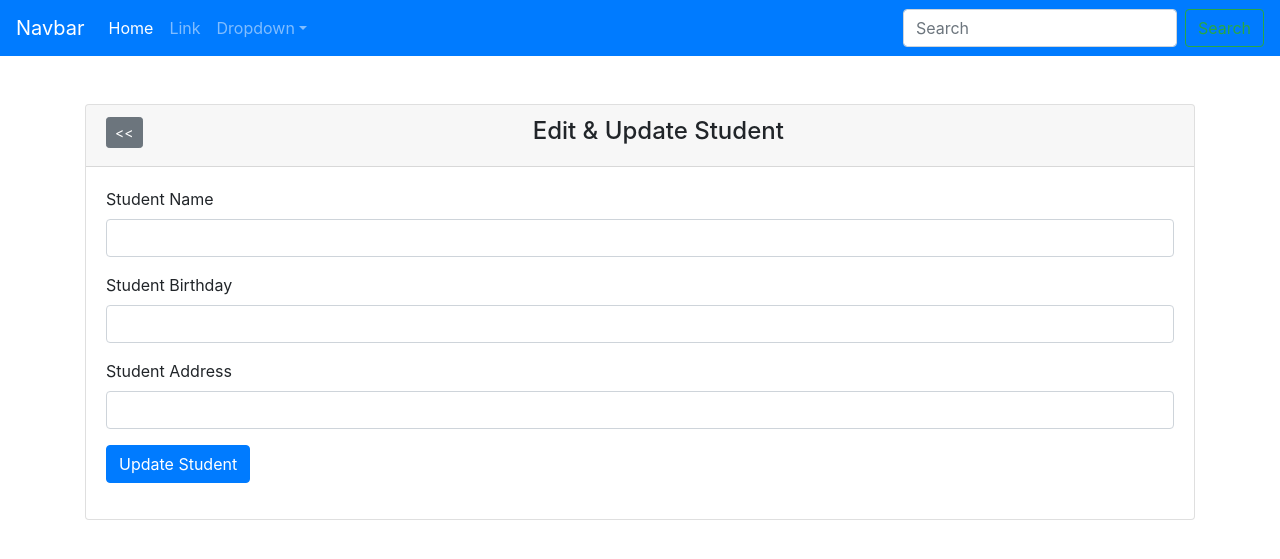
Repository: HungRau/TLU3675-php-laravel
Page: resources/views/student_edit.blade.php
An editor plug-in stored every save of this project. The page is shown before and after the next save, followed by the edit.
The browser window is 1280 px wide. The pictures show the whole page.
The page is served by the project's Laravel application, run on PHP 8.4 with Laravel 9. Other server files are loaded and not shown. The template is opened directly, without the code that normally fills it, so the values that code supplies are empty.

Above is the page before, as saved 2022-10-15 18:55:05.

### routes/web.php
<?php

use Illuminate\Support\Facades\Route;
use App\Http\Controllers\StudentController; //add

/*
|--------------------------------------------------------------------------
| Web Routes
|--------------------------------------------------------------------------
|
| Here is where you can register web routes for your application. These
| routes are loaded by the RouteServiceProvider within a group which
| contains the "web" middleware group. Now create something great!
|
*/

Route::get('/', function () {
    return view('welcome');
});
Route::get('/student-manage', [StudentController::class, 'get_all_student']);

Route::get('student-edit/{id}', [StudentController::class, 'edit']);

Route::put('student-update/{id}', [StudentController::class, 'update']);

### resources/views/student_edit.blade.php
<!doctype html>
<html lang="en">
  <head>
    <title>Title</title>
    <!-- Required meta tags -->
    <meta charset="utf-8">
    <meta name="viewport" content="width=device-width, initial-scale=1, shrink-to-fit=no">

    <!-- Bootstrap CSS -->
    <link rel="stylesheet" href="https://stackpath.bootstrapcdn.com/bootstrap/4.3.1/css/bootstrap.min.css" integrity="sha384-ggOyR0iXCbMQv3Xipma34MD+dH/1fQ784/j6cY/iJTQUOhcWr7x9JvoRxT2MZw1T" crossorigin="anonymous">
  </head>
  <body>
    <nav class="navbar navbar-expand-sm navbar-dark bg-primary">
        <a class="navbar-brand" href="#">Navbar</a>
        <button class="navbar-toggler d-lg-none" type="button" data-toggle="collapse" data-target="#collapsibleNavId" aria-controls="collapsibleNavId"
            aria-expanded="false" aria-label="Toggle navigation"></button>
        <div class="collapse navbar-collapse" id="collapsibleNavId">
            <ul class="navbar-nav mr-auto mt-2 mt-lg-0">
                <li class="nav-item active">
                    <a class="nav-link" href="#">Home <span class="sr-only">(current)</span></a>
                </li>
                <li class="nav-item">
                    <a class="nav-link" href="#">Link</a>
                </li>
                <li class="nav-item dropdown">
                    <a class="nav-link dropdown-toggle" href="#" id="dropdownId" data-toggle="dropdown" aria-haspopup="true" aria-expanded="false">Dropdown</a>
                    <div class="dropdown-menu" aria-labelledby="dropdownId">
                        <a class="dropdown-item" href="#">Action 1</a>
                        <a class="dropdown-item" href="#">Action 2</a>
                    </div>
                </li>
            </ul>
            <form class="form-inline my-2 my-lg-0">
                <input class="form-control mr-sm-2" type="text" placeholder="Search">
                <button class="btn btn-outline-success my-2 my-sm-0" type="submit">Search</button>
            </form>
        </div>
    </nav>
    <div class="container">
      <div class="row">
          <div class="col-md-12 mt-5">@if(session('status'))
                    <div class="alert alert-success">
                        {{ session('status') }}
                    </div>
                @endif
              <div class="card">
                  <div class="card-header">
                      <a href="{{ url('student-manage') }}" class="btn btn-secondary btn-sm float-left"><<</a>
                      <h4 class="text-center fw-bold">Edit & Update Student</h4>
                  </div>
                  <div class="card-body">
                      <form action="{{ url('student-update/'.$students->id) }}" method="POST">
                          @csrf
                          @method('PUT')

                          <div class="form-group mb-3">
                              <label for="">Student Name</label>
                              <input type="text" name="fullname" value="{{$students->fullname}}" class="form-control">
                          </div>
                          <div class="form-group mb-3">
                              <label for="">Student Birthday</label>
                              <input type="text" name="birthday" value="{{$students->birthday}}" class="form-control">
                          </div>
                          <div class="form-group mb-3">
                              <label for="">Student Address</label>
                              <input type="text" name="address" value="{{$students->address}}" class="form-control">
                          </div>
                          <div class="form-group mb-3">
                              <button type="submit" class="btn btn-primary">Update Student</button>
                          </div>

                      </form>
                  </div>
                  {{-- Thông báo thành công --}}

              </div>
          </div>
      </div>
  </div>

  </body>
</html>

After the next save:
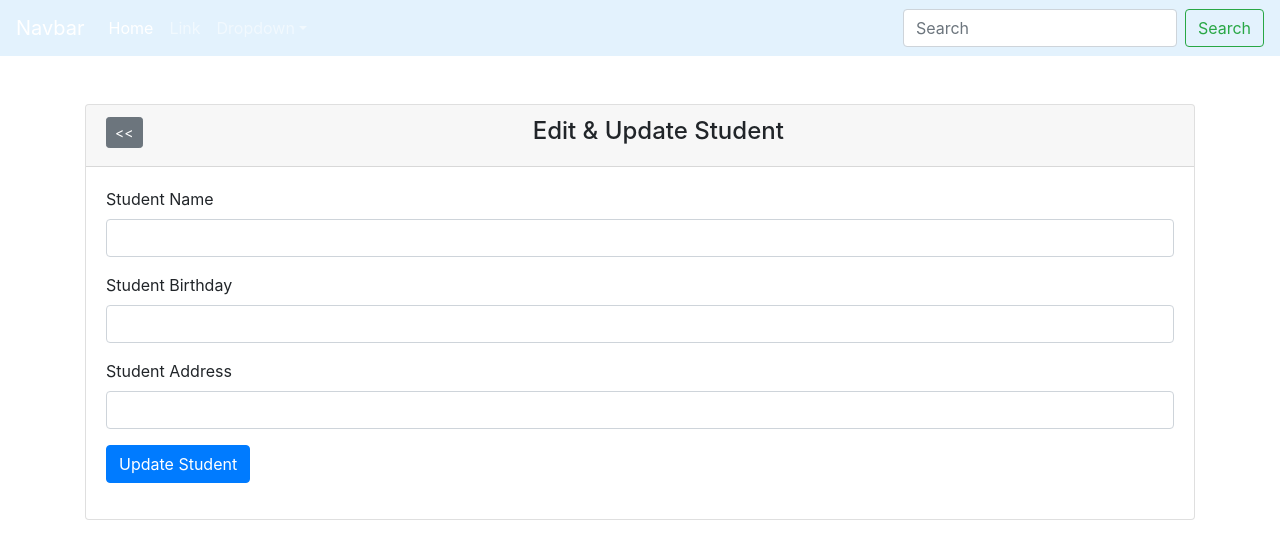
Saved 39 s later.
--- a/resources/views/student_edit.blade.php
+++ b/resources/views/student_edit.blade.php
@@ -10,7 +10,7 @@
     <link rel="stylesheet" href="https://stackpath.bootstrapcdn.com/bootstrap/4.3.1/css/bootstrap.min.css" integrity="sha384-ggOyR0iXCbMQv3Xipma34MD+dH/1fQ784/j6cY/iJTQUOhcWr7x9JvoRxT2MZw1T" crossorigin="anonymous">
   </head>
   <body>
-    <nav class="navbar navbar-expand-sm navbar-dark bg-primary">
+    <nav class="navbar navbar-expand-sm navbar-dark" style="background-color: #e3f2fd;">
         <a class="navbar-brand" href="#">Navbar</a>
         <button class="navbar-toggler d-lg-none" type="button" data-toggle="collapse" data-target="#collapsibleNavId" aria-controls="collapsibleNavId"
             aria-expanded="false" aria-label="Toggle navigation"></button>
